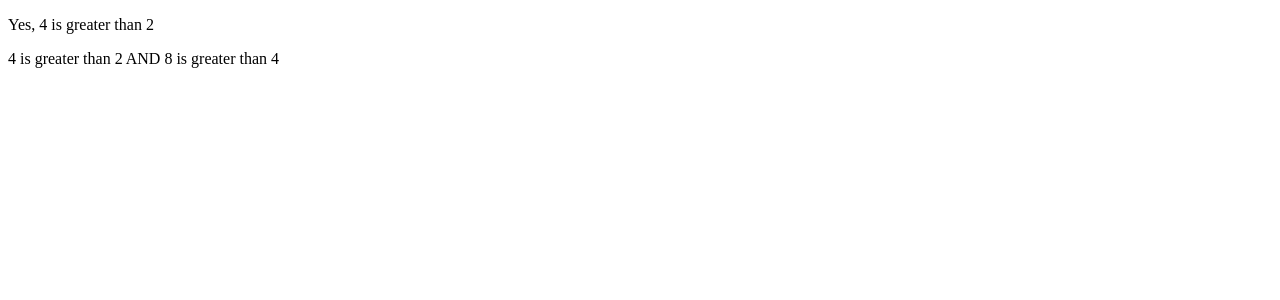
Repository: NetGary0430/htdocs
Page: http://localhost/ifelse.php
The author's editor kept a copy of each file at every save. The page is drawn from the files as they stood at one save, then again after the next save.
The browser window is 1280 px wide. The pictures show the whole page.
The page is run by PHP 8.4 with error messages shown; the project is at /var/www/html/.

Above is the page before, as saved 2025-03-09 10:42:00.

### ifelse.php
<!DOCTYPE html>
<html lang="en">
<head>
    <meta charset="UTF-8">
    <meta name="viewport" content="width=device-width, initial-scale=1.0">
    <title>ifelse.php</title>
</head>
<body>
    <?php
    # Statements to be inserted here
    if (4 > 2) {echo '<p>Yes, 4 is greater than 2 <br></p>';}

    if ((4 > 2) && (8 > 4))
        {echo '4 is greater than 2 AND 8 is greater than 4<br>';}


    if (4 > 8)
        {echo '4 is greater than 8 <br>';}

    ?>
</body>
</html>

After the next save:
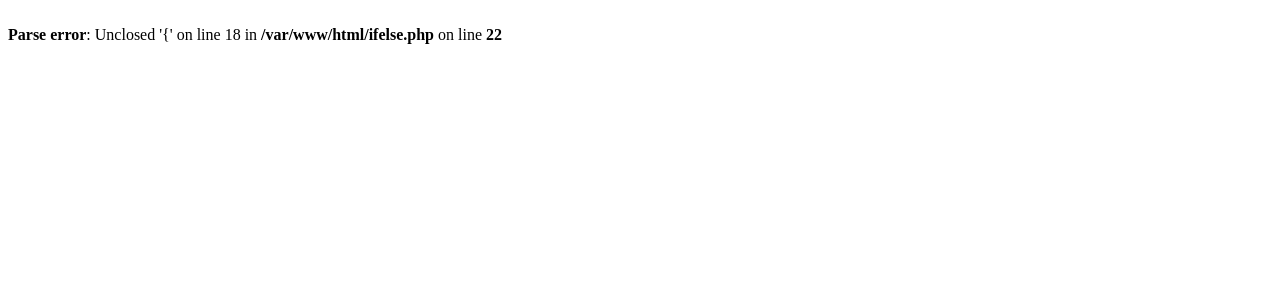
Saved 10 s later.
--- a/ifelse.php
+++ b/ifelse.php
@@ -15,7 +15,7 @@
 
 
     if (4 > 8)
-        {echo '4 is greater than 8 <br>';}
+        {echo '4 is greater than 8 <br>';
 
     ?>
 </body>

After the 2 saves that followed:
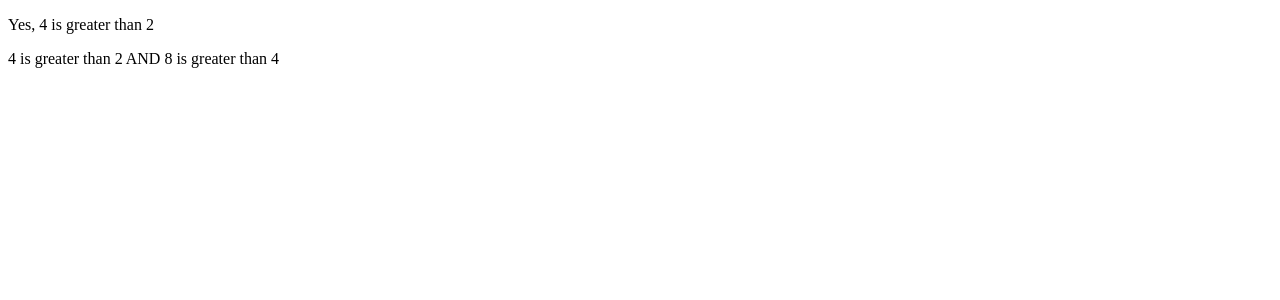
The 2 saves are shown as one change because they came seconds apart.
The last was saved 10 s later.
--- a/ifelse.php
+++ b/ifelse.php
@@ -15,7 +15,7 @@
 
 
     if (4 > 8)
-        {echo '4 is greater than 8 <br>';
+        echo '4 is greater than 8 <br>';
 
     ?>
 </body>
